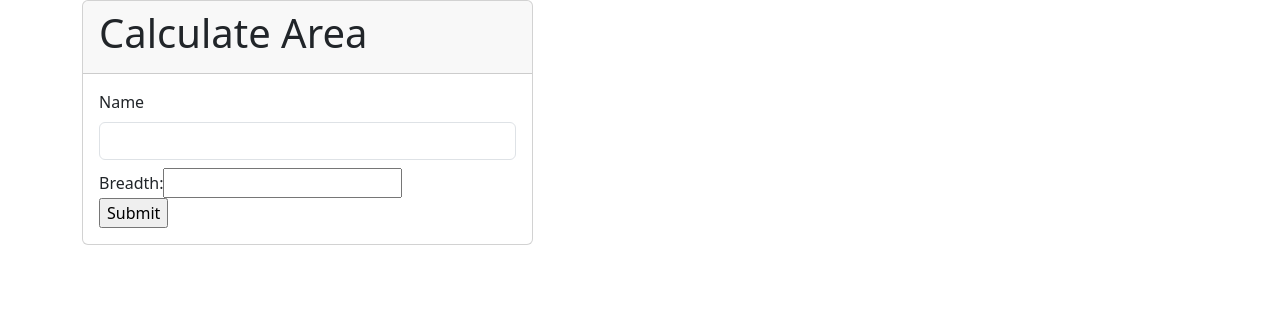
Repository: Laxman-Nath/Servlet_JSP
Page: http://localhost/Area/
An editor plug-in stored every save of this project. The page is shown before and after the next save, followed by the edit.
The browser window is 1280 px wide. The pictures show the whole page.
The page is served by Tomcat 9.

Above is the page before, as saved 2024-09-02 10:47:08.

After the next save:
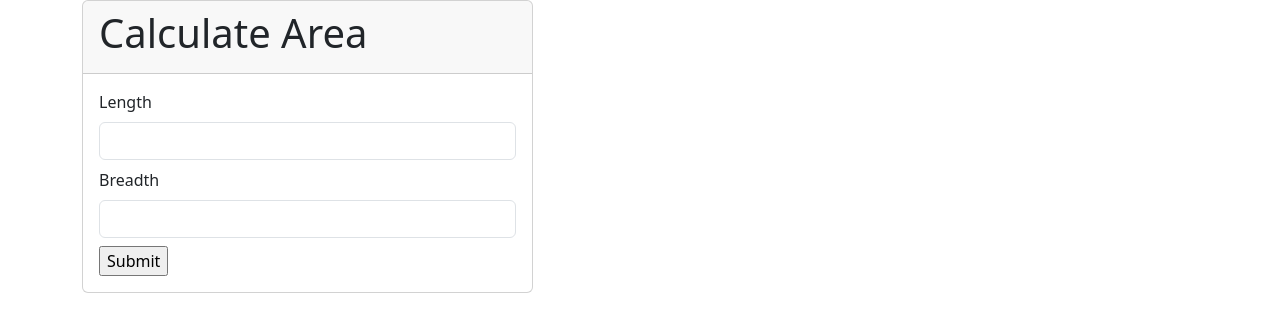
Saved 81 s later.
--- a/Area/src/main/webapp/Area.jsp
+++ b/Area/src/main/webapp/Area.jsp
@@ -20,10 +20,10 @@
     <div class="card-body">
 	<form action="" method="post">
 		<div class="mb-2">
-		<label class="form-label">Name</label><input class="form-control" type="number" name="length">
+		<label class="form-label">Length</label><input class="form-control" type="number" name="length">
 		</div>
-		<div>
-			Breadth:<input type="number" name="breadth">
+		<div class="mb-2">
+		<label class="form-label">Breadth</label><input class="form-control" type="number" name="breadth">
 		</div>
 		<input type="submit" value="Submit">
 	</form>
